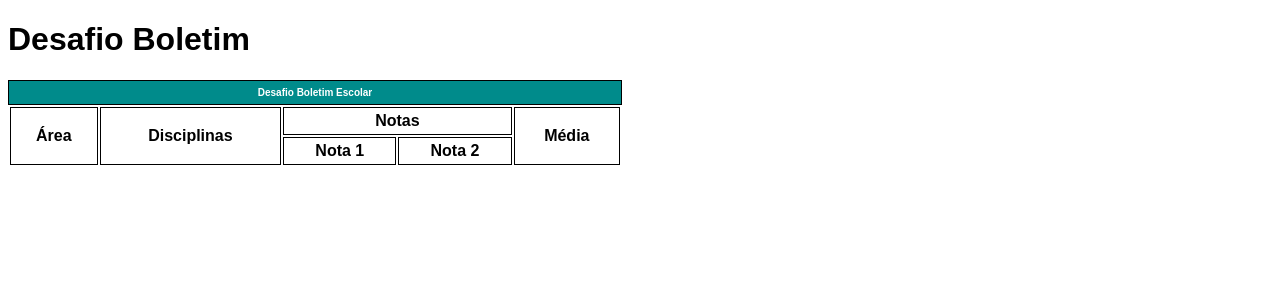
Repository: railsondev/html-css
Page: Módulo3/Desafio/D05 - Tabela Boletim escolar/boletim.html
These files come from the project's save history. The page is drawn as it stood at one moment and after a run of saves; the edit follows.
The browser window is 1280 px wide. The pictures show the whole page.

Above is the page before, as saved 2024-10-22 12:35:11.

After the next 2 saves:
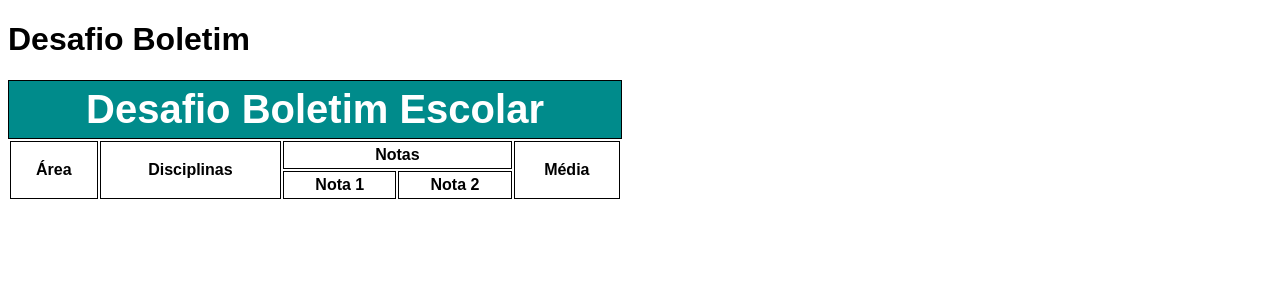
The 2 saves are shown as one change because they came seconds apart.
The last was saved 6 s later.
--- a/Módulo3/Desafio/D05 - Tabela Boletim escolar/src/css/estilo.css
+++ b/Módulo3/Desafio/D05 - Tabela Boletim escolar/src/css/estilo.css
@@ -12,7 +12,7 @@ caption {
   background-color: darkcyan;
   color: white;
   font-weight: bold;
-  font-size: 10px;
+  font-size: 40px;
   border-collapse: collapse;
   border: 1px solid black;
   padding: 6px;
